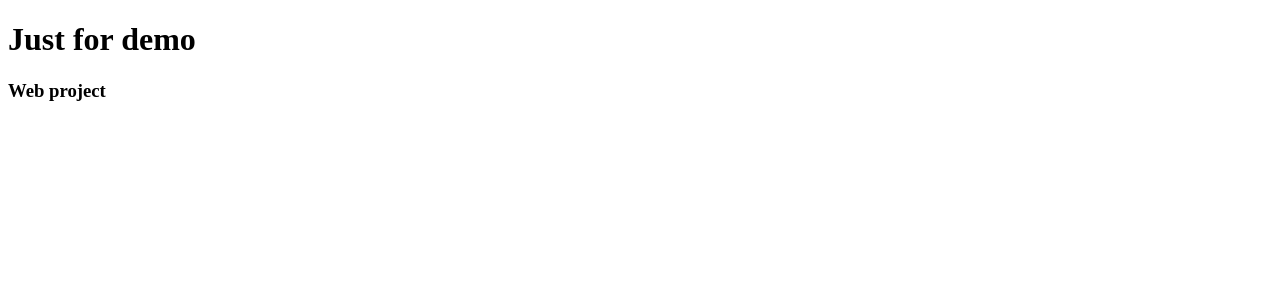
Repository: siddiqnassar/week4
Page: UIdemo/WebContent/abc.html
The author's editor kept a copy of each file at every save. The page is drawn from the files as they stood at one save, then again after the next save.
The browser window is 1280 px wide. The pictures show the whole page.

Above is the page before, as saved 2019-07-25 05:50:33.

### UIdemo/WebContent/abc.html
<!DOCTYPE html>
<html>
<head>
<meta charset="ISO-8859-1">
<title>UI demo</title>
</head>

<body>
<h1>Just for demo</h1>
<h3>Web project</h3>
</body>
</html>

After the next save:
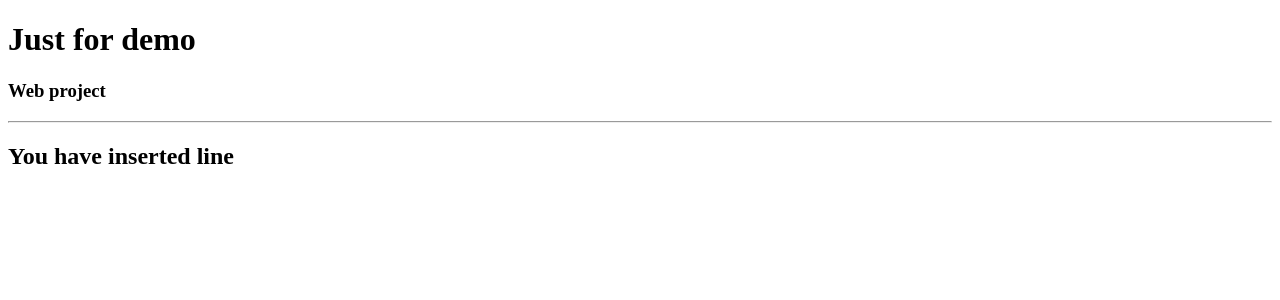
Saved 4 min 23 s later.
--- a/UIdemo/WebContent/abc.html
+++ b/UIdemo/WebContent/abc.html
@@ -8,5 +8,7 @@
 <body>
 <h1>Just for demo</h1>
 <h3>Web project</h3>
+<hr colour="red">
+<h2>You have inserted line</h2>
 </body>
 </html>
